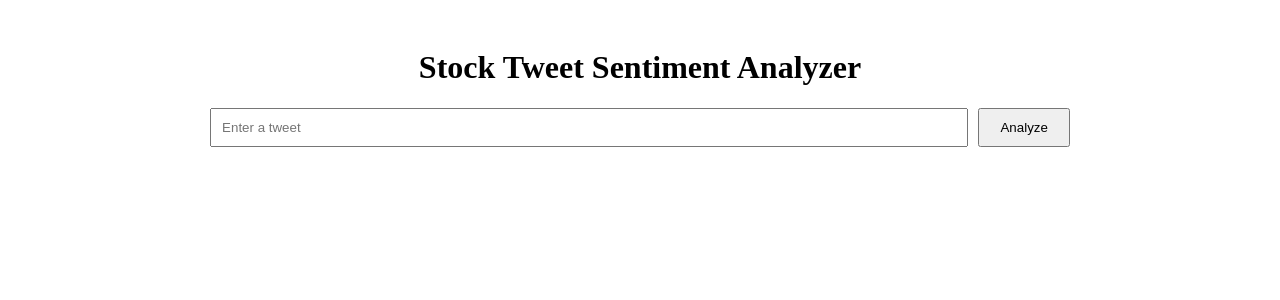
Repository: ayushlenka/ecs171
Page: / (app in frontend/)
These files come from the project's save history. The page is drawn as it stood at one moment and after the next save; the edit follows.
The browser window is 1280 px wide. The pictures show the whole page.
The project was rebuilt for these pictures with package versions that can differ from the ones it lists, and the page was loaded fresh each time.

Above is the page before, as saved 2025-03-09 23:23:00.

### frontend/src/App.js
import React, { useState } from "react";
import { analyzeTweet } from "./services/api";

function App() {
    const [tweet, setTweet] = useState("");
    const [result, setResult] = useState(null);

    const handleSubmit = async (e) => {
        e.preventDefault();
        const response = await analyzeTweet(tweet);
        setResult(response);
    };

    return (
        <div style={{ textAlign: "center", padding: "20px" }}>
            <h1>Stock Tweet Sentiment Analyzer</h1>
            <form onSubmit={handleSubmit}>
                <input
                    type="text"
                    value={tweet}
                    onChange={(e) => setTweet(e.target.value)}
                    placeholder="Enter a tweet"
                    required
                    style={{ width: "60%", padding: "10px" }}
                />
                <button type="submit" style={{ marginLeft: "10px", padding: "10px 20px" }}>
                    Analyze
                </button>
            </form>

            {result && (
                <div style={{ marginTop: "20px" }}>
                    <h3>Result:</h3>
                    <p><strong>Emotion:</strong> {result.emotion}</p>
                    <p><strong>Sentiment:</strong> {result.sentiment}</p>
                </div>
            )}
        </div>
    );
}

export default App;

### frontend/src/services/api.js
import axios from "axios";

const API_BASE_URL = "http://127.0.0.1:8000"; // FastAPI server

export const analyzeTweet = async (tweet) => {
    try {
        const response = await axios.post(`${API_BASE_URL}/analyze_tweet`, { tweet });
        return response.data;
    } catch (error) {
        console.error("API Error:", error);
        return null;
    }
};

Loaded but not shown: frontend/public/index.html (common file); frontend/src/index.js (common file)

After the next save:
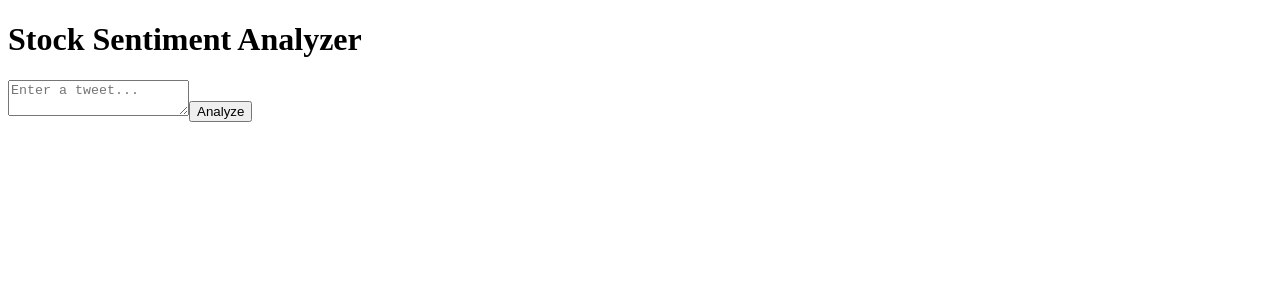
Saved 4 min 51 s later.
--- a/frontend/src/App.js
+++ b/frontend/src/App.js
@@ -1,38 +1,42 @@
 import React, { useState } from "react";
-import { analyzeTweet } from "./services/api";
+import axios from "axios";
 
 function App() {
     const [tweet, setTweet] = useState("");
     const [result, setResult] = useState(null);
 
-    const handleSubmit = async (e) => {
-        e.preventDefault();
-        const response = await analyzeTweet(tweet);
-        setResult(response);
+    const analyzeTweet = async () => {
+        try {
+            const response = await axios.post(
+                "http://127.0.0.1:8000/analyze_tweet",
+                { tweet },
+                {
+                    headers: {
+                        "Content-Type": "application/json"
+                    }
+                }
+            );
+            setResult(response.data);
+        } catch (error) {
+            console.error("Error:", error);
+        }
     };
 
     return (
-        <div style={{ textAlign: "center", padding: "20px" }}>
-            <h1>Stock Tweet Sentiment Analyzer</h1>
-            <form onSubmit={handleSubmit}>
-                <input
-                    type="text"
-                    value={tweet}
-                    onChange={(e) => setTweet(e.target.value)}
-                    placeholder="Enter a tweet"
-                    required
-                    style={{ width: "60%", padding: "10px" }}
-                />
-                <button type="submit" style={{ marginLeft: "10px", padding: "10px 20px" }}>
-                    Analyze
-                </button>
-            </form>
+        <div>
+            <h1>Stock Sentiment Analyzer</h1>
+            <textarea
+                value={tweet}
+                onChange={(e) => setTweet(e.target.value)}
+                placeholder="Enter a tweet..."
+            />
+            <button onClick={analyzeTweet}>Analyze</button>
 
             {result && (
-                <div style={{ marginTop: "20px" }}>
-                    <h3>Result:</h3>
-                    <p><strong>Emotion:</strong> {result.emotion}</p>
-                    <p><strong>Sentiment:</strong> {result.sentiment}</p>
+                <div>
+                    <h3>Results:</h3>
+                    <p>Emotion: {result.emotion}</p>
+                    <p>Sentiment: {result.sentiment}</p>
                 </div>
             )}
         </div>
